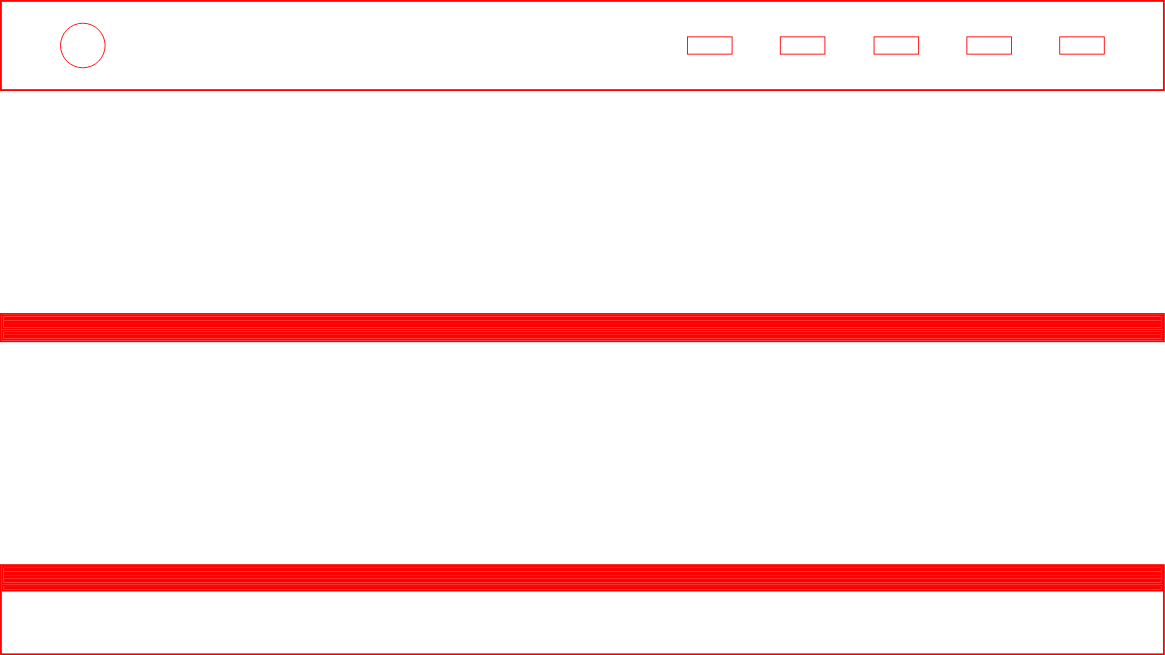
Repository: archangel88/elbrus_homework
Page: phase-0/week-3/day-4/flexbox/index.html
An editor plug-in stored every save of this project. The page is shown before and after the next save, followed by the edit.
The browser window is 1280 px wide. The pictures show the whole page, at 91% of full size.

Above is the page before, as saved 2025-10-09 22:38:31.

### phase-0/week-3/day-4/flexbox/index.html
<!DOCTYPE html>
<html lang="en">
<head>
    <meta charset="UTF-8">
    <link rel="stylesheet" href="./css/styles.css">
    <title>Flexbox</title>
</head>
<body>
    <div class="flex-container">
        <header>
            <div class="header">
                <div class="logo"></div>
                <nav class="menu">
                    <div class="item1"></div>
                    <div class="item2"></div>
                    <div class="item3"></div>
                    <div class="item4"></div>
                    <div class="item5"></div>
                </nav>
            </div>
        </header>
        <main class="content">
            <div class="left block">
                <div class="block1 block"></div>
                <div class="block2 block"></div>
                <div class="block3 block"></div>
            </div>
            <div class="right block">
                <div class="block1 block"></div>
                <div class="block2 block"></div>
            </div>
        </main>
        <footer class="footer">
            <div class="left block">
                <div class="block1 block"></div>
                <div class="block2 block"></div>
                <div class="block3 block"></div>
                <div class="block4 block"></div>
            </div>
            <div class="right block">
                <div class="block1 block"></div>
            </div>
        </footer>
    </div>
</body>
</html>

### phase-0/week-3/day-4/flexbox/css/styles.css
* {
    margin: 0;
    padding: 0;
    box-sizing: border-box;
}

.flex-container {
    width: 100vw;
    height: 100vh;

    display: flex;
    flex-direction: column;
    justify-content: space-between;
}

header {
    width: 100%;
    height: 100px;
    border: 2px solid rgb(255, 0, 0);

    display: flex;
    justify-content: center;
    align-items: center;
}

.header {
    display: flex;
    align-items: center;
    justify-content: space-between;

    width: 90%;
    height: 80%;
}

.logo {
    width: 50px;
    height: 50px;
    border-radius: 50%;
    border: 1px solid red;
}

.menu {
    display: flex;
    justify-content: space-between;
    width: 40%;
}

.menu > div {
    width: 50px;
    height: 20px;
    border: 1px solid red;
}

.content{
    border: 2px solid red;
}

.content block{
    border: 2px solid red;
}

.content block1{
    height: 500px;
}

.block{
    border: 2px solid red;
}

.footer{
    border: 2px solid red;
    height: 100px;
}

After the next save:
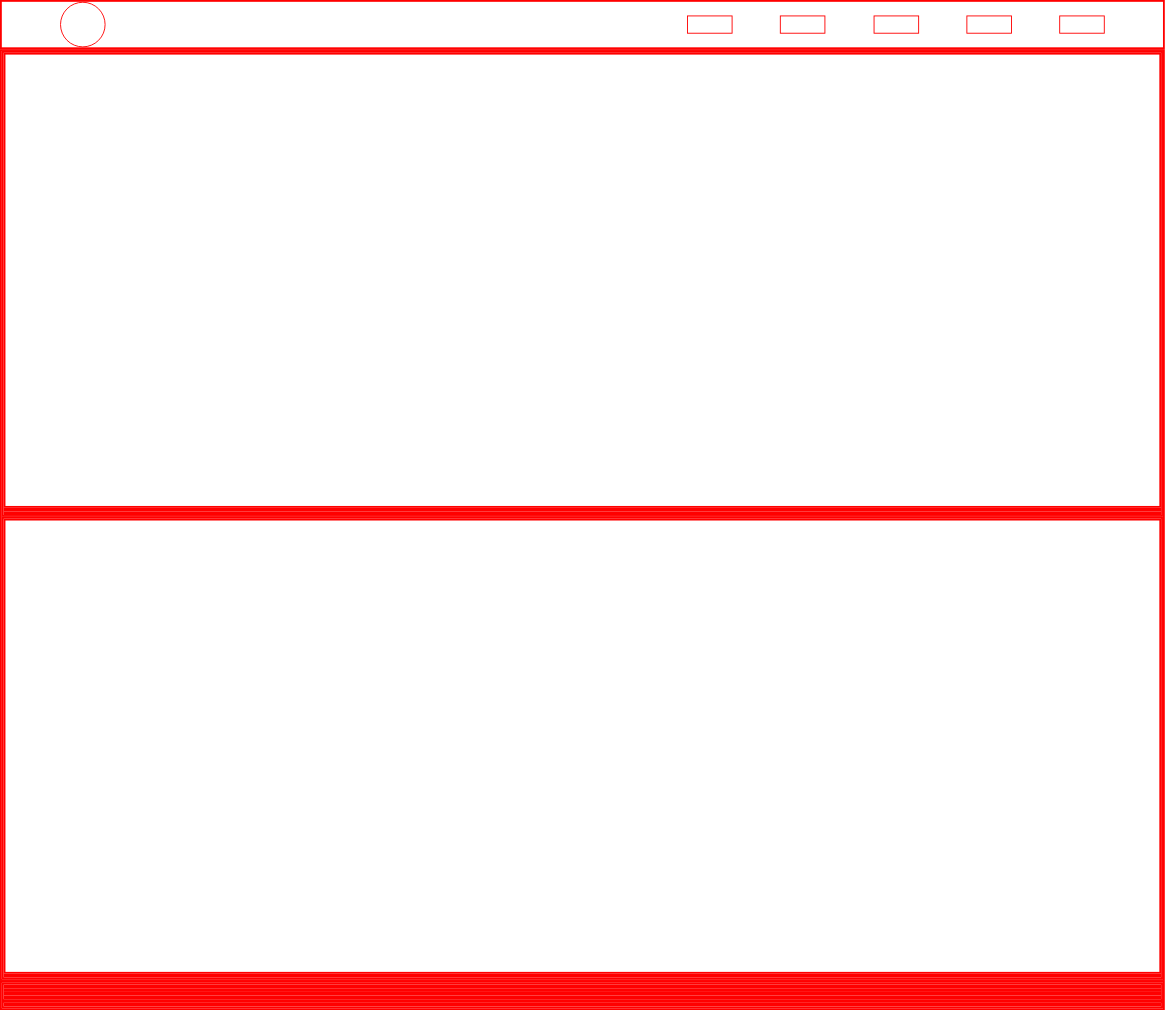
Saved 26 s later.
--- a/phase-0/week-3/day-4/flexbox/css/styles.css
+++ b/phase-0/week-3/day-4/flexbox/css/styles.css
@@ -55,11 +55,11 @@ header {
     border: 2px solid red;
 }
 
-.content block{
+.content .block{
     border: 2px solid red;
 }
 
-.content block1{
+.content .block1{
     height: 500px;
 }
 
